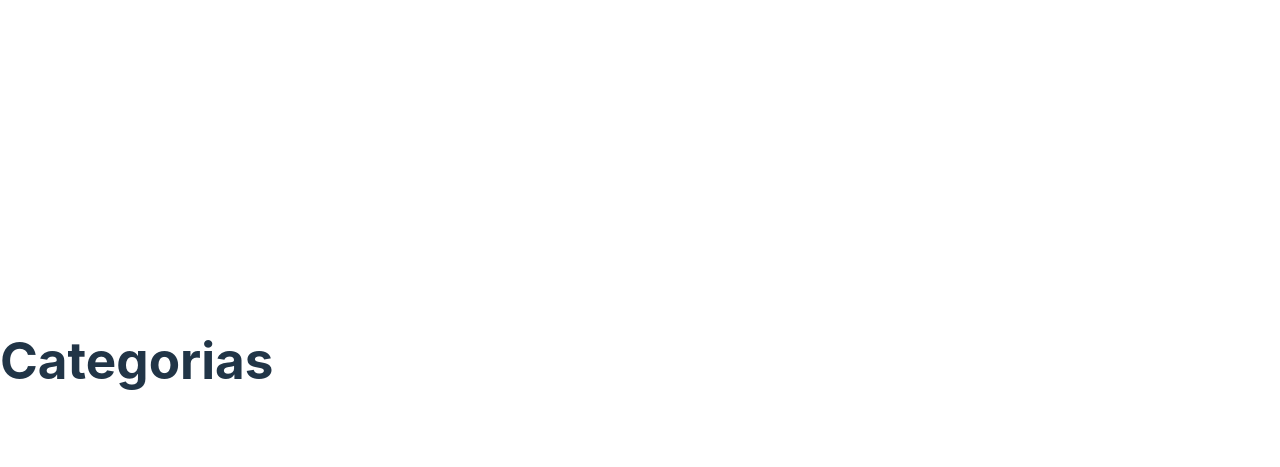
Repository: james-freitas/angelstore-inventory-react-vite
Page: /
These files come from the project's save history. The page is drawn as it stood at one moment and after a run of saves; the edit follows.
The browser window is 1280 px wide. The pictures show the whole page.
The project was rebuilt for these pictures with package versions that can differ from the ones it lists, and the page was loaded fresh each time. Also part of the build but not shown: vite.config.ts, src/App.css.

Above is the page before, as saved 2024-01-13 18:43:58.

### src/App.tsx
import './App.css'

function App() {
  return (
    <div className="container">
      <h1>Categorias</h1>

    </div>
  )
}

export default App

Loaded but not shown: index.html (common file); src/main.tsx (common file); src/index.css (common file)

After the next 3 saves:
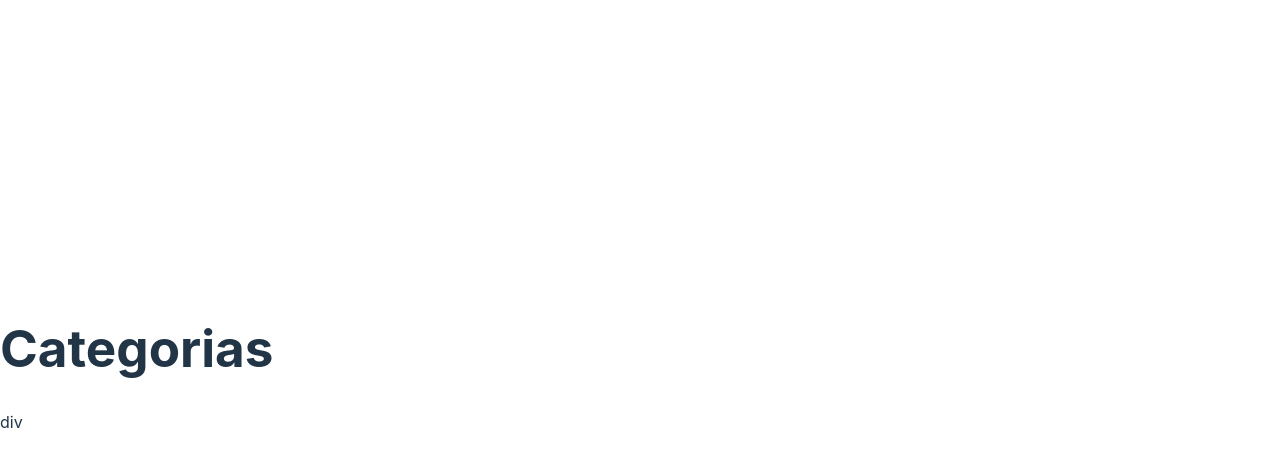
The 3 saves are shown as one change because they came seconds apart.
The last was saved 39 s later.
--- a/src/App.tsx
+++ b/src/App.tsx
@@ -4,7 +4,9 @@
   return (
     <div className="container">
       <h1>Categorias</h1>
-
+      <div className="card">
+        div
+      </div>
     </div>
   )
 }

After the 2 saves that followed:
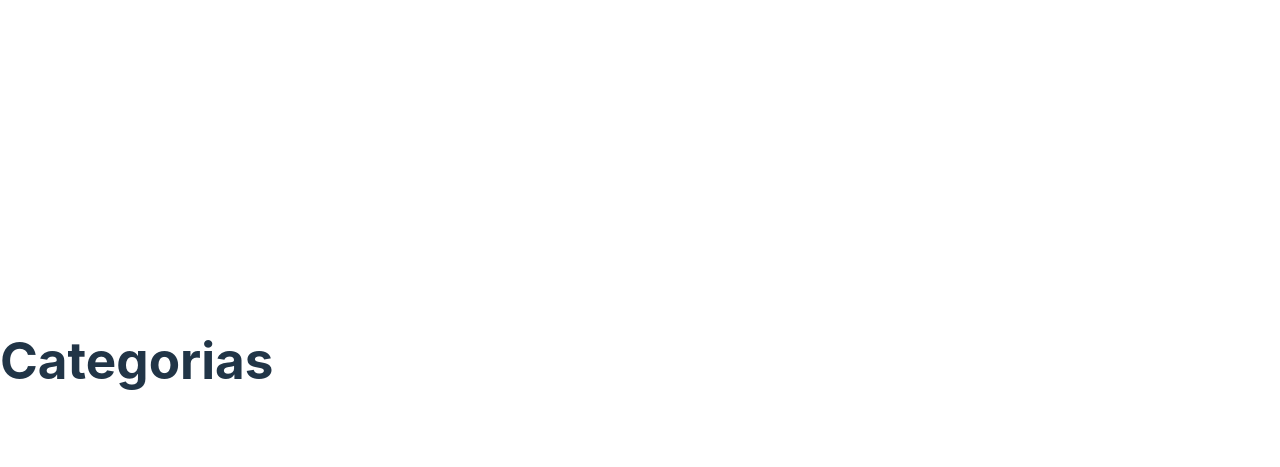
The 2 saves are shown as one change because they came seconds apart.
The last was saved 5 s later.
--- a/src/App.tsx
+++ b/src/App.tsx
@@ -5,7 +5,9 @@
     <div className="container">
       <h1>Categorias</h1>
       <div className="card">
-        div
+        <div className="card-body">
+
+        </div>
       </div>
     </div>
   )
